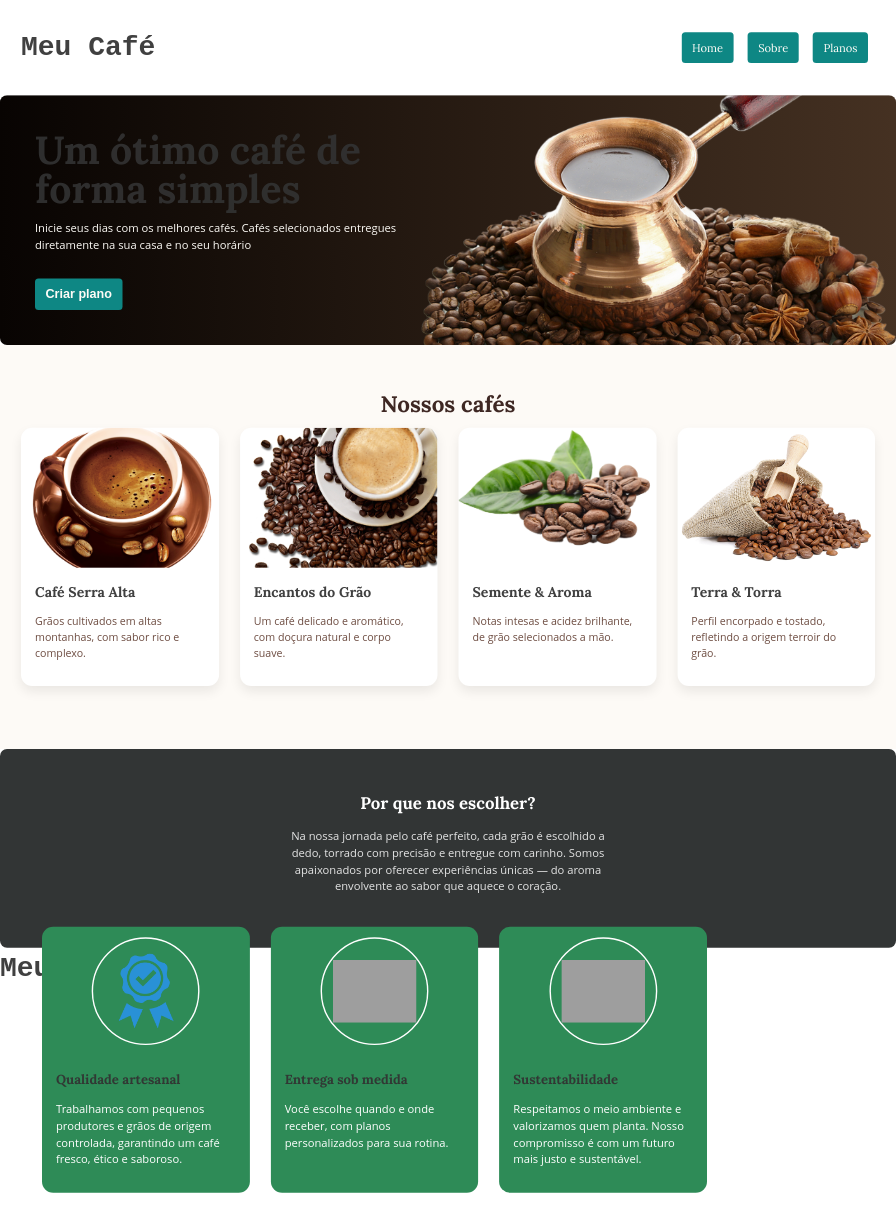
Repository: meiotera/meu_cafe.dev
Page: /
An editor plug-in stored every save of this project. The page is shown before and after the next save, followed by the edit.
The browser window is 1280 px wide. The pictures show the whole page, at 70% of full size.
Pictures or frames that could not be fetched are drawn as grey boxes. The project was rebuilt for these pictures with package versions that can differ from the ones it lists, and the page was loaded fresh each time. Also part of the build but not shown: vite.config.js, src/Pages/AboutUs.jsx, src/Pages/YourPlane.jsx.

Above is the page before, as saved 2025-04-03 18:26:43.

After the next save:
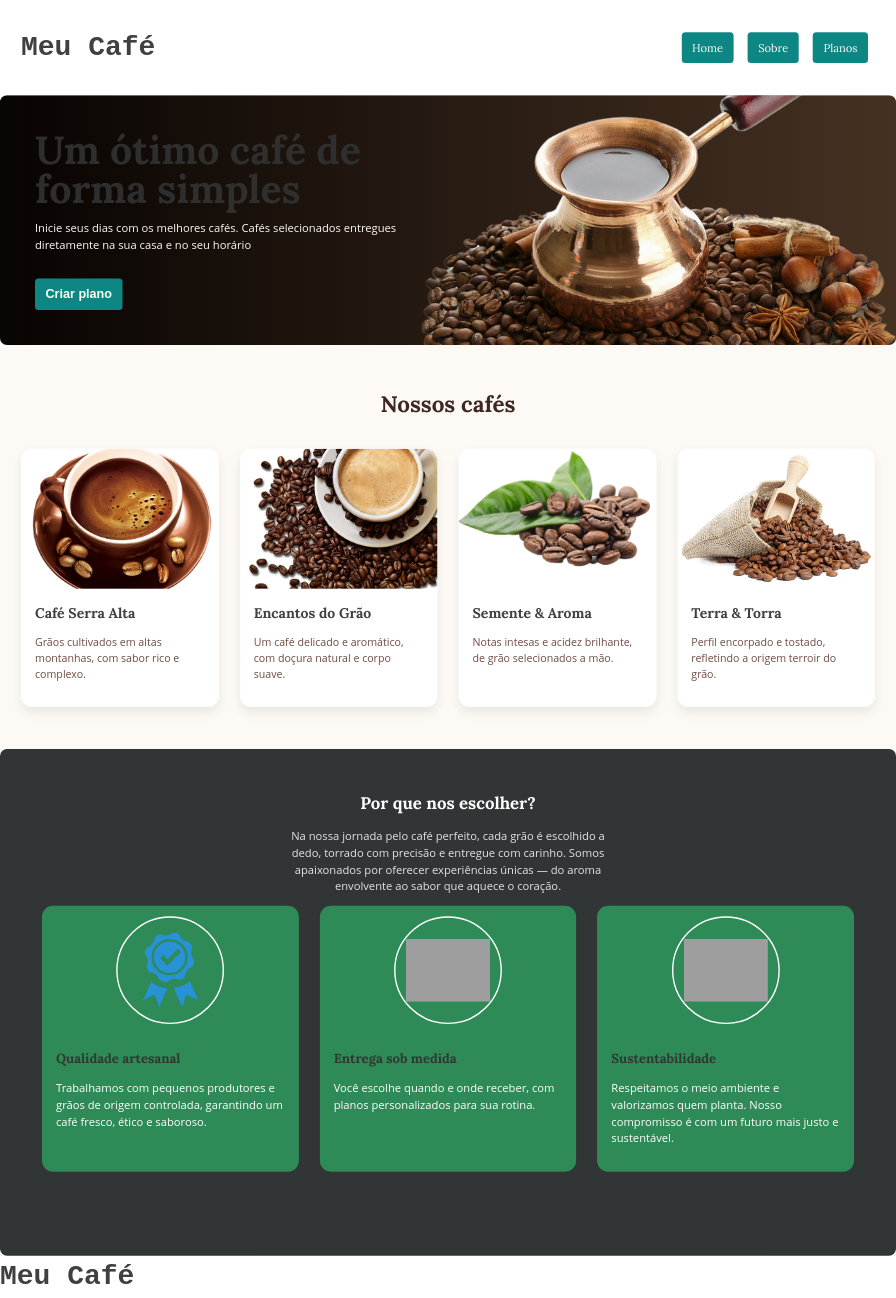
Saved 16 s later.
--- a/src/Pages/Home.module.css
+++ b/src/Pages/Home.module.css
@@ -33,12 +33,6 @@
   grid-template-columns: repeat(auto-fit, minmax(200px, 1fr));
   gap: 30px;
   justify-items: center;
-
-  position: relative;
-
-  left: 0;
-  right: 0;
-  top: -30px;
 }
 
 .collectionCardsPorque {
@@ -48,6 +42,12 @@
   padding: 30px;
   justify-items: center;
   position: absolute;
+
+  position: relative;
+
+  left: 0;
+  right: 0;
+  top: -30px;
 }
 
 /* Estilo para ícone ou imagem circular */
